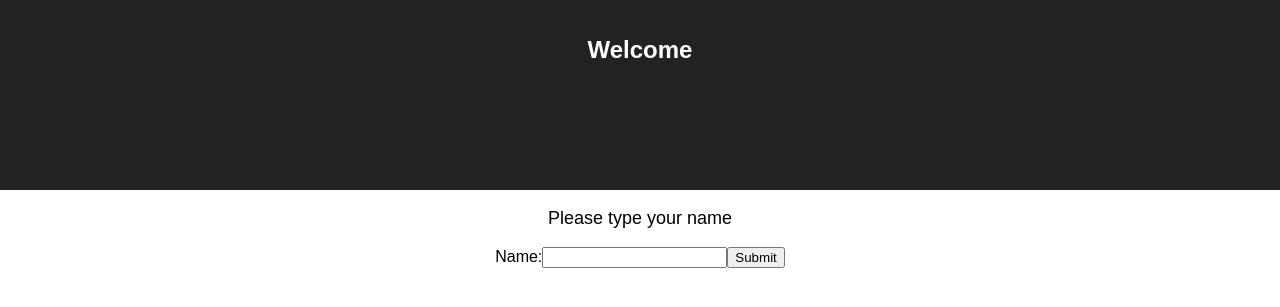
Repository: trider/carmel-falshcards-app
Page: /
These files come from the project's save history. The page is drawn as it stood at one moment and after the next save; the edit follows.
The browser window is 1280 px wide. The pictures show the whole page.
The project was rebuilt for these pictures with package versions that can differ from the ones it lists, and the page was loaded fresh each time.

Above is the page before, as saved 2018-05-01 11:59:24.

After the next save:
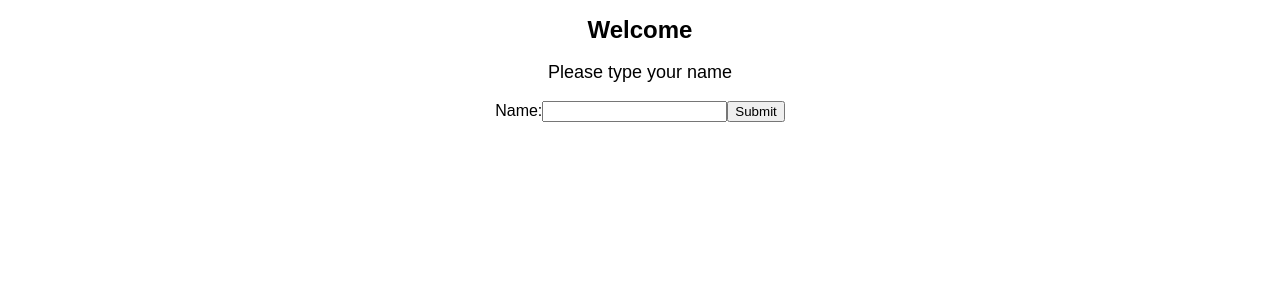
Saved 8 s later.
--- a/src/components/Home2.js
+++ b/src/components/Home2.js
@@ -63,7 +63,7 @@
   render() {
     return (
       <div className="App">
-        <header className="App-header">
+        <header>
           <h1 className="App-title">Welcome</h1>
         </header>
         {this.displayName()}
